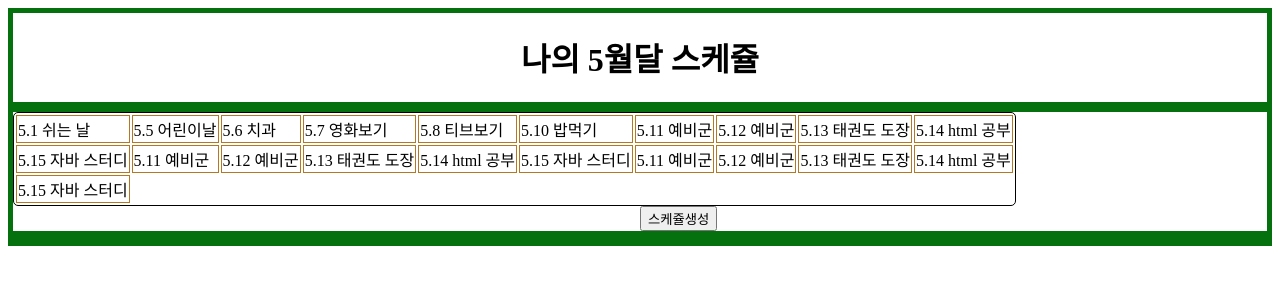
Repository: yeojeonghyeon/sixth
Page: java/ScriptWorld/WebContent/ui/Table.html
The author's editor kept a copy of each file at every save. The page is drawn from the files as they stood at one save, then again after the next save.
The browser window is 1280 px wide. The pictures show the whole page.
After loading, the first visible `#createBtn` was clicked once.

Above is the page before, as saved 2019-04-25 06:27:58.

### java/ScriptWorld/WebContent/ui/Table.html
<!DOCTYPE html>
<html>
<head>
<meta charset="utf-8">
<title>Insert title here</title>
<style>
div{
	border-style: solid;
	border-width: 5px;
	border-color: #05700e;
}
div h1{
	text-align: center;
}
div#content > table#scheduleTbl td{
	border: 1px solid #b57722;
}
div#content > table#scheduleTbl{
	border: 1px solid #000000;
	border-radius: 5px;
}
</style>
<script>
document.addEventListener("DOMContentLoaded", function(){
	var scheduleArr = ["5.1 쉬는 날", "5.5 어린이날", "5.6 치과", "5.7 영화보기", "5.8 티브보기", "5.10 밥먹기",
						"5.11 예비군", "5.12 예비군", "5.13 태권도 도장", "5.14 html 공부", "5.15 자바 스터디",
						"5.11 예비군", "5.12 예비군", "5.13 태권도 도장", "5.14 html 공부", "5.15 자바 스터디",
						"5.11 예비군", "5.12 예비군", "5.13 태권도 도장", "5.14 html 공부", "5.15 자바 스터디"
						];
	var scheduleTbl = document.getElementById("scheduleTbl");
	document.getElementById("createBtn").addEventListener("click", function(){
		var tbodyObj = null;
		for(var i=0; i<scheduleTbl.children.length; i++){
			if ( scheduleTbl.children[i].nodeName.toUpperCase() == "TBODY")
				tbodyObj = scheduleTbl.children[i];
		}
		if(tbodyObj){
			// 배열선언
			var trArr = [];
			var tdObj, trObj;
			trObj = document.createElement("tr");
			for(i=0; i<scheduleArr.length; i++){
				if(i!=0 && i%10==0){//11, 21, 31, 41
					trArr.push(trObj);
					trObj = document.createElement("tr");
				}
				tdObj = document.createElement("td");
				tdObj.innerText = scheduleArr[i];
				trObj.appendChild(tdObj);
				trArr.push(trObj);
			}
			for(var i=0; i<trArr.length; i++){
				tbodyObj.appendChild(trArr[i]);
			}
		}
	});
});
</script>
</head>
<body>
	<div id="header">
		<h1>나의 5월달 스케쥴</h1>
	</div>
	<div id="content" style="position: relative;">
		<table id="scheduleTbl">
			<tbody>
			</tbody>
		</table>
		<input type="button" id="createBtn" style="position: relative; left:50%;" value="스케쥴생성">
	</div>
	<div id="footer">
	</div>
</body>
</html>

After the next save:
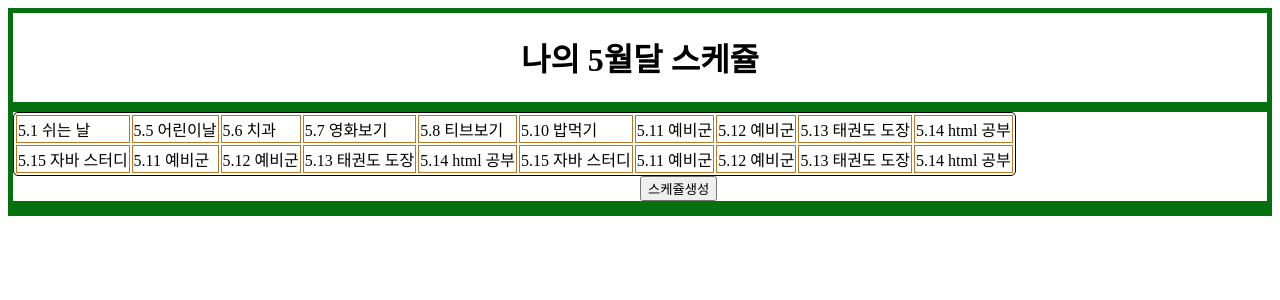
Saved 24 s later.
--- a/java/ScriptWorld/WebContent/ui/Table.html
+++ b/java/ScriptWorld/WebContent/ui/Table.html
@@ -47,7 +47,7 @@ document.addEventListener("DOMContentLoaded", function(){
 				tdObj = document.createElement("td");
 				tdObj.innerText = scheduleArr[i];
 				trObj.appendChild(tdObj);
-				trArr.push(trObj);
+//				trArr.push(trObj);
 			}
 			for(var i=0; i<trArr.length; i++){
 				tbodyObj.appendChild(trArr[i]);
